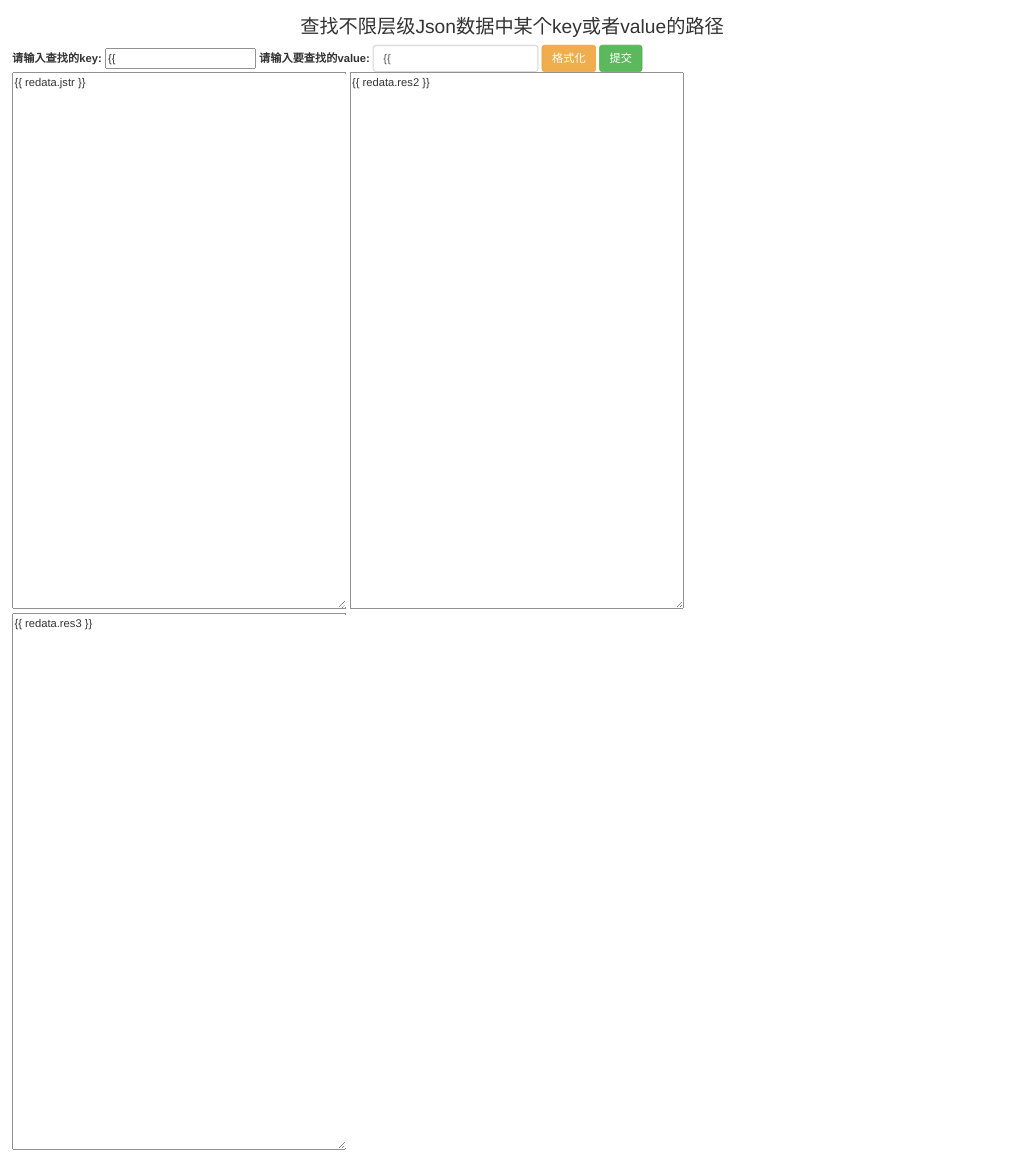
Repository: wangyanqing666/study
Page: other.html
An editor plug-in stored every save of this project. The page is shown before and after the next save, followed by the edit.
The browser window is 1280 px wide. The pictures show the whole page, at 80% of full size.
Some web libraries are served in a nearby version.

Above is the page before, as saved 2020-12-03 11:14:50.

### other.html
<!DOCTYPE html>
<html lang="en">

<head>

    <head>

        <meta charset="UTF-8">
        <meta name="viewport" content="width=device-width, initial-scale=1,maximum-scale=1, user-scalable=no">
        <title>jean同步配置</title>
        <link rel="stylesheet" href="https://cdn.staticfile.org/twitter-bootstrap/3.3.7/css/bootstrap.min.css">
        <script src="https://cdn.staticfile.org/jquery/2.1.1/jquery.min.js"></script>
        <script src="https://cdn.staticfile.org/twitter-bootstrap/3.3.7/js/bootstrap.min.js"></script>
    </head>

<body>
    <h3 class="text-center">查找不限层级Json数据中某个key或者value的路径</h3>

    <div class="container-fluid">

        <form class="form-inline" action="/formit" method="POST">

            <div class="form-group">
                <label>请输入查找的key: </label>

                <input class="form-group" type="text" id="key" name="key" value={{ redata.key }}>
            </div>

            <div class="form-group">
                <label>请输入要查找的value: </label>

                <input class="form-control" type="text" id="key1" name="key1" value={{ redata.value }}>
                <button type="button" class="btn btn-warning" id="formatting" onclick="beautify();">格式化</button>
                <input type="submit" class="btn btn-success" value="提交">

            </div>


        <div class="form-group">

            <textarea class="column " style="height: 671px; width: 418px;" id="editor1" placeholder="给一个JSON字符串，然后会自动格式化"
                spellcheck="false" name="jstr">{{ redata.jstr }}</textarea>
            <textarea id="editor2" style="height: 671px; width: 418px;" class="clumn " placeholder="key值"
                name="jstr1">{{ redata.res2 }}</textarea>
            <textarea id="editor3" style="height: 671px; width: 418px;" class="clumn " placeholder="value值"
                name="jstr2">{{ redata.res3 }}</textarea>
        </div>


        </form>
    </div>









</body>

</html>

After the next save:
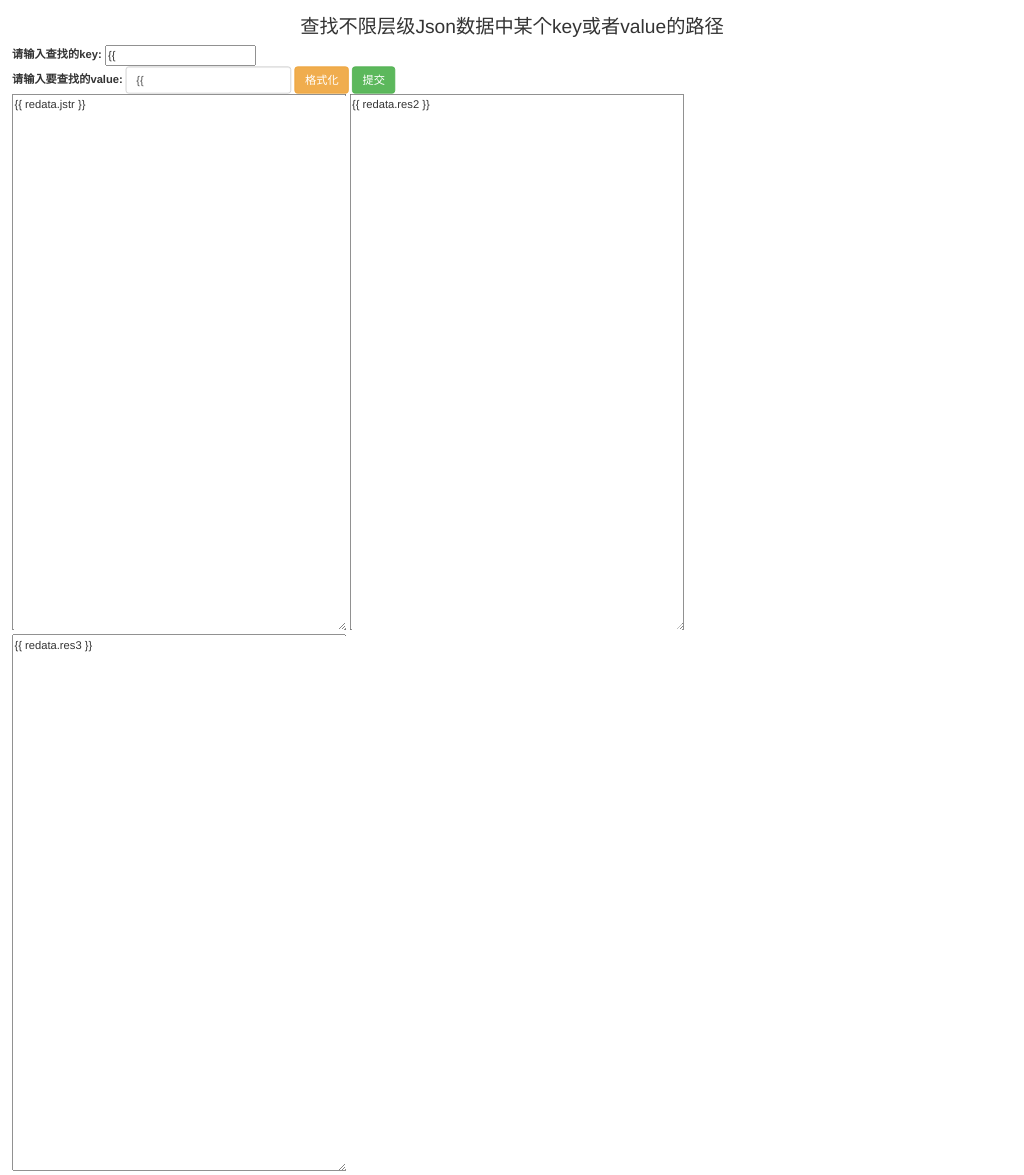
Saved 80 s later.
--- a/other.html
+++ b/other.html
@@ -26,25 +26,23 @@
                 <input class="form-group" type="text" id="key" name="key" value={{ redata.key }}>
             </div>
 
-            <div class="form-group">
+            <div >
                 <label>请输入要查找的value: </label>
-
                 <input class="form-control" type="text" id="key1" name="key1" value={{ redata.value }}>
                 <button type="button" class="btn btn-warning" id="formatting" onclick="beautify();">格式化</button>
                 <input type="submit" class="btn btn-success" value="提交">
 
             </div>
 
+            <div class="form-group">
 
-        <div class="form-group">
-
-            <textarea class="column " style="height: 671px; width: 418px;" id="editor1" placeholder="给一个JSON字符串，然后会自动格式化"
-                spellcheck="false" name="jstr">{{ redata.jstr }}</textarea>
-            <textarea id="editor2" style="height: 671px; width: 418px;" class="clumn " placeholder="key值"
-                name="jstr1">{{ redata.res2 }}</textarea>
-            <textarea id="editor3" style="height: 671px; width: 418px;" class="clumn " placeholder="value值"
-                name="jstr2">{{ redata.res3 }}</textarea>
-        </div>
+                <textarea class="column " style="height: 671px; width: 418px;" id="editor1"
+                    placeholder="给一个JSON字符串，然后会自动格式化" spellcheck="false" name="jstr">{{ redata.jstr }}</textarea>
+                <textarea id="editor2" style="height: 671px; width: 418px;" class="clumn " placeholder="key值"
+                    name="jstr1">{{ redata.res2 }}</textarea>
+                <textarea id="editor3" style="height: 671px; width: 418px;" class="clumn " placeholder="value值"
+                    name="jstr2">{{ redata.res3 }}</textarea>
+            </div>
 
 
         </form>
